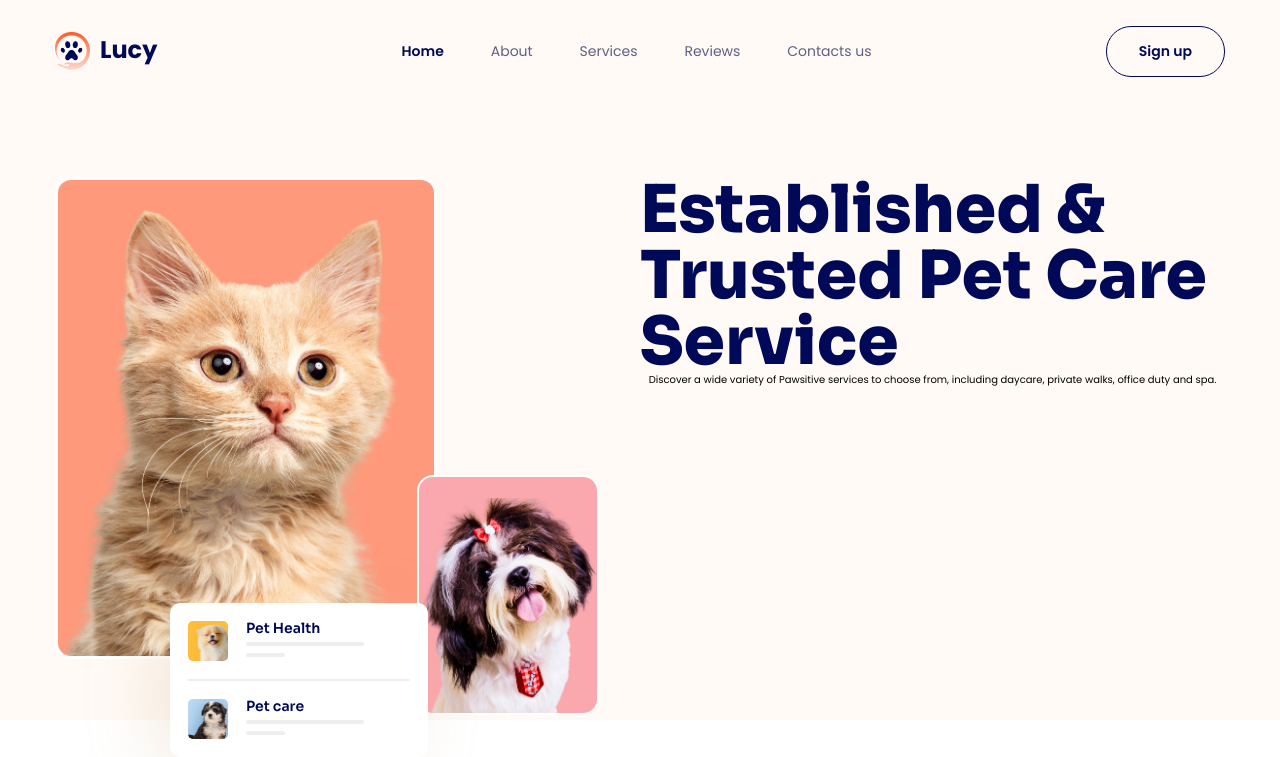
Repository: Cuongquaidan/F8projeact-04
Page: index.html
The author's editor kept a copy of each file at every save. The page is drawn from the files as they stood at one save, then again after the next save.
The browser window is 1280 px wide. The pictures show the whole page.

Above is the page before, as saved 2023-04-15 09:47:38.

### index.html
<!DOCTYPE html>
<html lang="en">
    <head>
        <meta charset="UTF-8" />
        <meta http-equiv="X-UA-Compatible" content="IE=edge" />
        <meta name="viewport" content="width=device-width, initial-scale=1.0" />
        <title>F8project-4</title>
        <!-- reset css -->
        <link rel="stylesheet" href="./asset/css/reset.css" />
        <!-- font -->
        <link rel="preconnect" href="https://fonts.googleapis.com" />
        <link rel="preconnect" href="https://fonts.gstatic.com" crossorigin />
        <link
            href="https://fonts.googleapis.com/css2?family=Poppins:ital,wght@0,200;0,300;0,400;0,500;0,600;0,700;0,800;0,900;1,100;1,200;1,300;1,400;1,500;1,600;1,700;1,800;1,900&family=Sora:wght@100;200;300;400;500;600;700;800&display=swap"
            rel="stylesheet"
        />
        <!-- icon -->
        <link
            href="https://unpkg.com/boxicons@2.1.4/css/boxicons.min.css"
            rel="stylesheet"
        />

        <!-- styles -->
        <link rel="stylesheet" href="./asset/css/styles.css" />
        <link rel="stylesheet" href="./asset/css/responsive.css" />
    </head>
    <body>
        <div class="header">
            <div class="container">
                <a href="#" class="brand__link">
                    <div class="header__brand">
                        <img
                            src="./asset/img/logo.png"
                            alt="Lucy"
                            class="brand__img"
                        />
                        <span class="brand__name">Lucy</span>
                    </div>
                </a>
                <ul class="header__nav">
                    <li class="header__nav-item">
                        <a
                            href="#header"
                            class="nav-item__link nav-item--active"
                            >Home</a
                        >
                    </li>
                    <li class="header__nav-item">
                        <a href="#about" class="nav-item__link">About</a>
                    </li>
                    <li class="header__nav-item">
                        <a href="#services" class="nav-item__link">Services</a>
                    </li>
                    <li class="header__nav-item">
                        <a href="#reviews" class="nav-item__link">Reviews</a>
                    </li>
                    <li class="header__nav-item">
                        <a href="#contacts" class="nav-item__link"
                            >Contacts us</a
                        >
                    </li>
                </ul>
                <div class="header__action">
                    <button class="header__action-btn">Sign up</button>
                </div>
            </div>
            <div class="hero">
                <div class="container hero__container">
                    <div class="hero__cards">
                        <div class="cards__media">
                            <div class="cards__main-card">
                                <img src="./asset/img/pattern-1.svg" alt="pattern" class="main-card__decor">
                                <img
                                    src="./asset/img/conmeovang.png"
                                    alt="Meomeo"
                                    class="main-cards__img"
                                />
                                <img src="./asset/img/pattern-2.svg" alt="pattern" class="main-card__decor">
                            </div>
                            <div class="cards__sub-card">
                                <img
                                    src="./asset/img/conchohong.png"
                                    alt="Pets"
                                    class="sub-cards__img"
                                />
                            </div>
                        </div>
                        <div class="cards__info-card">
                            <div class="info-card__pet">
                                <div class="pet__bg-img"><img src="./asset/img/conchovang.png" alt="pets" class="pet__img"></img></div>
                                   <div class="info__inner-card">
                                    <p class="pet__title">Pet Health</p>
                                    <div class="pet__skeleton-long"></div>
                                    <div class="pet__skeleton-short"></div>
                                   </div>

                            </div>
                            <div class="seperate"></div>
                            <div class="info-card__pet">
                                <div class="pet__bg-img"> <img src="./asset/img/conchoxanh.png" alt="pets" class="pet__img"></img></div>
                                <div class="info__inner-card">
                                    <p class="pet__title">Pet care</p>
                                <div class="pet__skeleton-long"></div>
                                <div class="pet__skeleton-short"></div>
                                </div>
                            </div>
                        </div>
                    </div>
                    <section class="hero__contents">
                        <p class="hero__contents-title title">Established &
                            Trusted Pet
                            Care Service</p>
                        <p class="hero__contents-desc desc">
                            Discover a wide variety of Pawsitive services to choose from, including daycare, private walks, office duty and spa.
                        </p>
                    </section>
                </div>
            </div>
        </div>
        <script src="./app.js"></script>
    </body>
</html>

### asset/css/styles.css
* {
    box-sizing: border-box;
}
html {
    font-size: 62.5%;
}

:root {
    --primary-background-color: #fffaf5;
    --primary-font-tittle: "Sora", sans-serif;
    --primary-color: #000958;
}
body {
    font-size: 1.6rem;
    font-family: "Poppins", sans-serif;
}
/* comman */
input,
textarea,
select,
button {
    font-size: inherit;
    font-family: inherit;
}
a {
    text-decoration: none;
    color: #5e6085;
}
.container {
    width: 1170px;
    margin-left: auto;
    margin-right: auto;
    display: flex;
    text-align: center;
}
.title {
    color: var(--primary-color);
    font-family: "Sora", sans-serif;
    font-size: 5.2em;
    font-weight: 800;
    text-align: left;
}
/* header */
.header {
    background-color: var(--primary-background-color);
    padding-top: 26px;
    height: 100vh;
    font-size: 1rem;
}

.header .container {
    justify-content: space-between;
}
.header__brand {
    display: flex;
    text-align: center;
    padding: 6px 0px;
}
.brand__img {
    width: 35px;
    height: auto;
    object-fit: cover;
}
.brand__name {
    color: var(--primary-color);
    font-size: 2.4em;
    font-weight: 700;
    padding: 6px 10px;
}
.header__nav {
    display: flex;
    width: 490px;
    justify-content: space-between;
    text-align: center;
}
.header__nav-item {
    padding: 18px 10px;
    font-size: 1.4em;
    color: #5e6085;
}
.nav-item--active {
    font-weight: 600;
    color: var(--primary-color);
}
.header__action-btn {
    font-size: 1.4em;
    font-weight: 600;
    padding: 14px 32px;
    border: 1px solid var(--primary-color);
    color: var(--primary-color);
    background-color: var(--primary-background-color);
    border-radius: 25px;
}
/* hero */
.hero {
    margin-top: 100px;
    font-size: 1rem;
}
.hero__container {
    display: grid;
    grid-template-columns: repeat(2, 1fr);
}
.hero__cards {
    position: relative;
}
.cards__media {
    display: flex;
    align-items: end;
}

.cards__main-card {
    position: relative;
    width: 382px;
    height: 482px;
    background-color: #fe997b;
    border: 3px solid white;
    border-radius: 16px;
}
.main-cards__img {
    position: absolute;
    bottom: 0;
    left: 0;
    max-width: 100%;
    border-radius: 16px;
}
.main-card__decor {
    position: absolute;
    z-index: -1;
    top: 17px;
    right: -35px;
}
.main-card__decor:nth-child(3) {
    position: absolute;
    top: auto;
    right: auto;
    bottom: 10px;
    left: -58px;
}

.cards__sub-card {
    position: relative;
    margin-left: -20px;
    transform: translateY(56px);
    width: 182px;
    height: 240px;
    background-color: #faa7ad;
    border: 2px solid white;
    border-radius: 16px;
}
.sub-cards__img {
    position: absolute;
    bottom: 0;
    left: 0;
    max-width: 100%;
    border-radius: 16px;
}
.cards__info-card {
    position: absolute;
    top: 426px;
    right: 212px;
    background-color: white;
    box-shadow: -17px 14px 68px -4px rgba(207, 174, 132, 0.25);
    border-radius: 10px;
}

.info-card__pet {
    display: flex;
}
.seperate {
    width: 222px;
    margin-left: 18px;
    margin-right: 18px;
    background-color: #eee;
    height: 2px;
    border-radius: 1px;
}
.pet__bg-img {
    background-color: #fdbf3d;
    margin: 18px;
    width: 40px;
    height: 40px;
    border-radius: 5px;
}
.info-card__pet:nth-child(3) .pet__bg-img {
    background-color: #bcdaf5;
}
.pet__img {
    width: 100%;
    border-radius: 5px;
}
.info__inner-card {
    margin-top: 18px;
    display: flex;
    flex-direction: column;
    align-items: start;
}
.pet__title {
    color: var(--primary-color);
    font-family: "Sora", sans-serif;
    font-size: 1.4em;
    font-weight: 600;
}
.pet__skeleton-long {
    margin-top: 7px;
    margin-bottom: 7px;
    background-color: #eee;
    border-radius: 3px;
    width: 118px;
    height: 4px;
}
.pet__skeleton-short {
    background-color: #eee;
    border-radius: 3px;
    width: 39px;
    height: 4px;
}
.hero__contents-title {
    font-size: 6.6rem;
}

Loaded but not shown: asset/css/reset.css (common file); app.js (no copy from this time; the picture is the same without it); asset/css/responsive.css (no stored copy; drawn as an empty file)

After the next save:
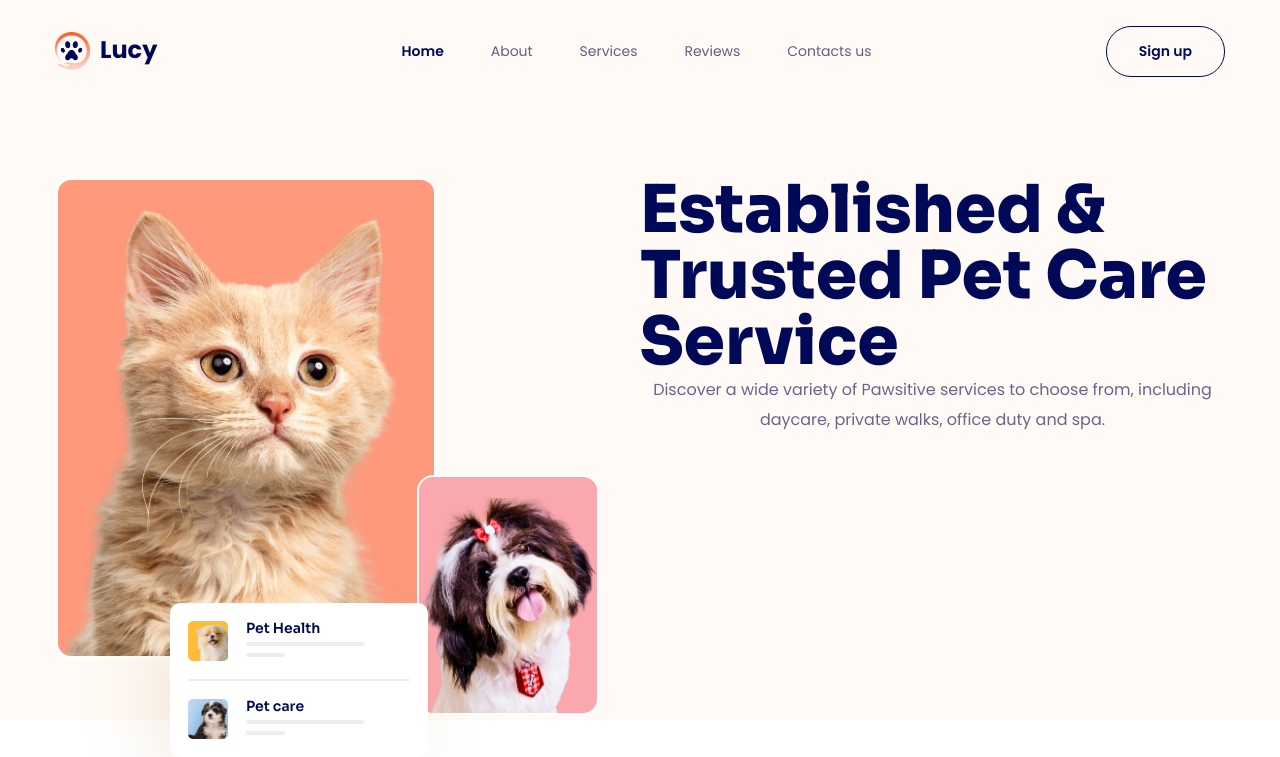
Saved 50 s later.
--- a/asset/css/styles.css
+++ b/asset/css/styles.css
@@ -39,6 +39,14 @@ a {
     font-size: 5.2em;
     font-weight: 800;
     text-align: left;
+}
+.desc {
+    font-weight: 400;
+    font-size: 16px;
+    line-height: 30px;
+    /* or 188% */
+
+    color: #656689;
 }
 /* header */
 .header {
